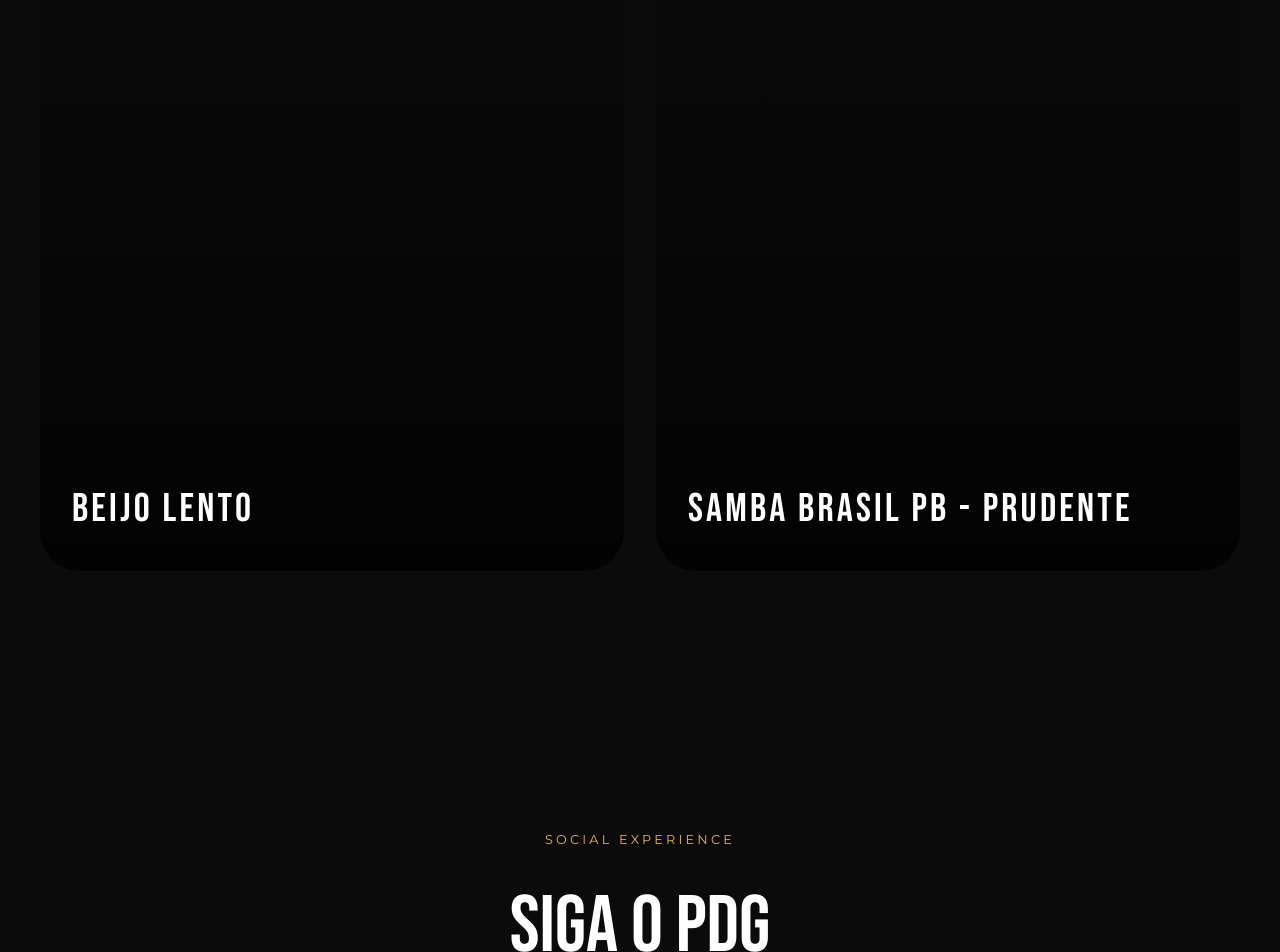
Repository: vitorx091/pdg-single-page
Page: /
The author's editor kept a copy of each file at every save. The page is drawn from the files as they stood at one save, then again after the next save.
The browser window is 1280 px wide. The pictures show the part of the page from y = 2221 to 3173 px (the page is 4517 px tall).
Pictures or frames that could not be fetched are drawn as grey boxes. The project was rebuilt for these pictures with package versions that can differ from the ones it lists, and the page was loaded fresh each time.

Above is the page before, as saved 2026-05-27 21:58:41.

After the next save:
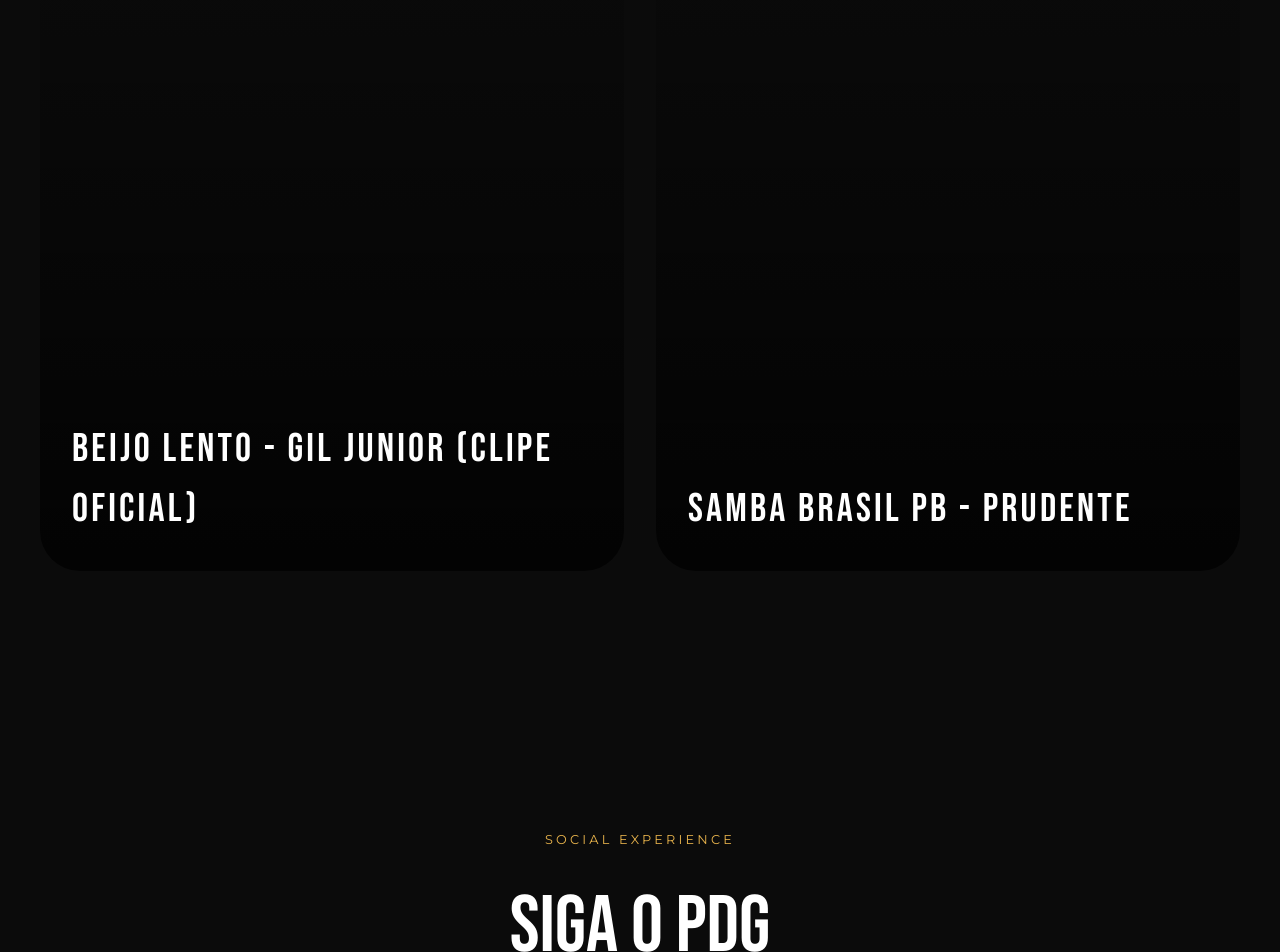
Saved 26 s later.
--- a/src/sections/ExperienceSection.jsx
+++ b/src/sections/ExperienceSection.jsx
@@ -37,7 +37,7 @@
                     <div className="experience-overlay">
 
                         <span>
-                            Beijo Lento
+                            Beijo Lento - Gil Junior (Clipe Oficial)
                         </span>
 
                     </div>
